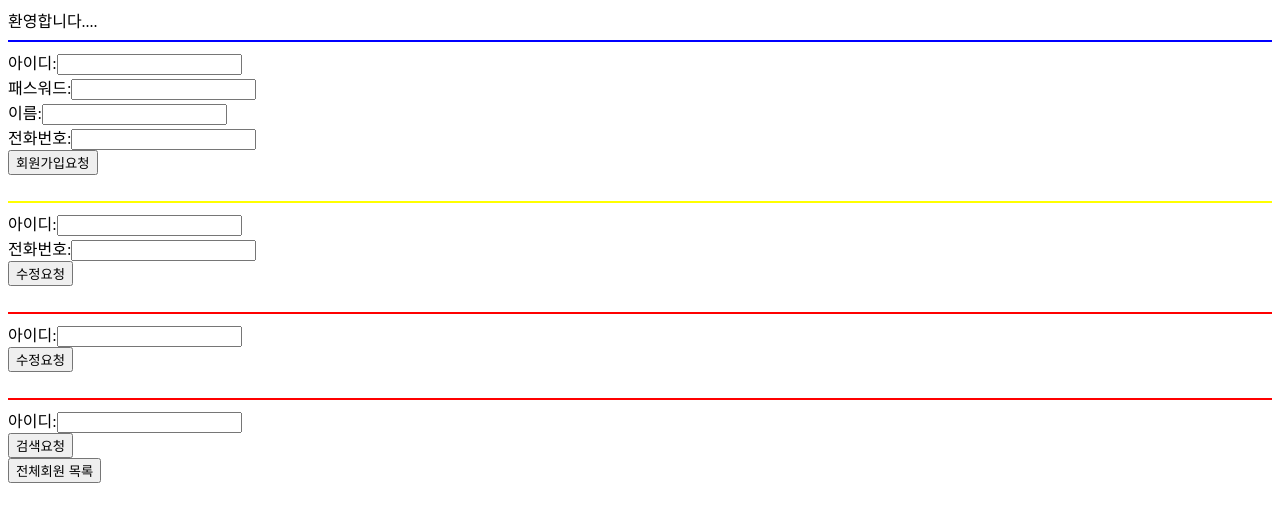
Repository: Yusubin/workEx
Page: spring00/src/main/webapp/index.html
The author's editor kept a copy of each file at every save. The page is drawn from the files as they stood at one save, then again after the next save.
The browser window is 1280 px wide. The pictures show the whole page.

Above is the page before, as saved 2022-02-15 07:04:40.

### spring00/src/main/webapp/index.html
<!DOCTYPE html>
<html>
<head>
<meta charset="UTF-8">
<title>Insert title here</title>
</head>
<body>
	환영합니다....
	<br>
	<hr color="blue">
	<form action="create.jsp">
		아이디:<input type="text" name="id"><br> 패스워드:<input
			type="text" name="pw"><br> 이름:<input type="text"
			name="name"><br> 전화번호:<input type="text" name="tel"><br>
		<button>회원가입요청</button>

	</form>
	<br>
	<hr color="yellow">
	<form action="update.jsp">
		아이디:<input type="text" name="id"><br> 전화번호:<input
			type="text" name="tel"><br>
		<button>수정요청</button>
	</form>

	<br>
	<hr color="red">
	<form action="delete.jsp">
		아이디:<input type="text" name="id"><br>
		<button>수정요청</button>
	</form>

	<br>
	<hr color="red">
	<form action="one.jsp">
		아이디:<input type="text" name="id"><br>
		<button>검색요청</button>
	</form>


	<a href="list.jsp">
	<button style="backgroundcolor:yellow;">전체회원 목록</button></a>
</body>
</html>

After the next save:
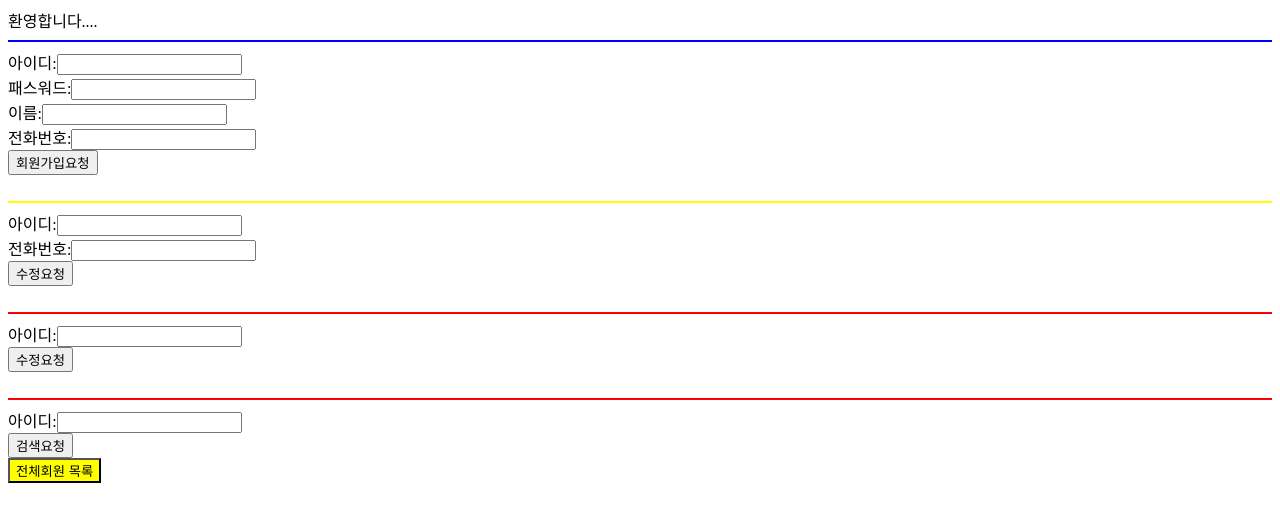
Saved 2 s later.
--- a/spring00/src/main/webapp/index.html
+++ b/spring00/src/main/webapp/index.html
@@ -39,6 +39,6 @@
 
 
 	<a href="list.jsp">
-	<button style="backgroundcolor:yellow;">전체회원 목록</button></a>
+	<button style="background:yellow;">전체회원 목록</button></a>
 </body>
 </html>
